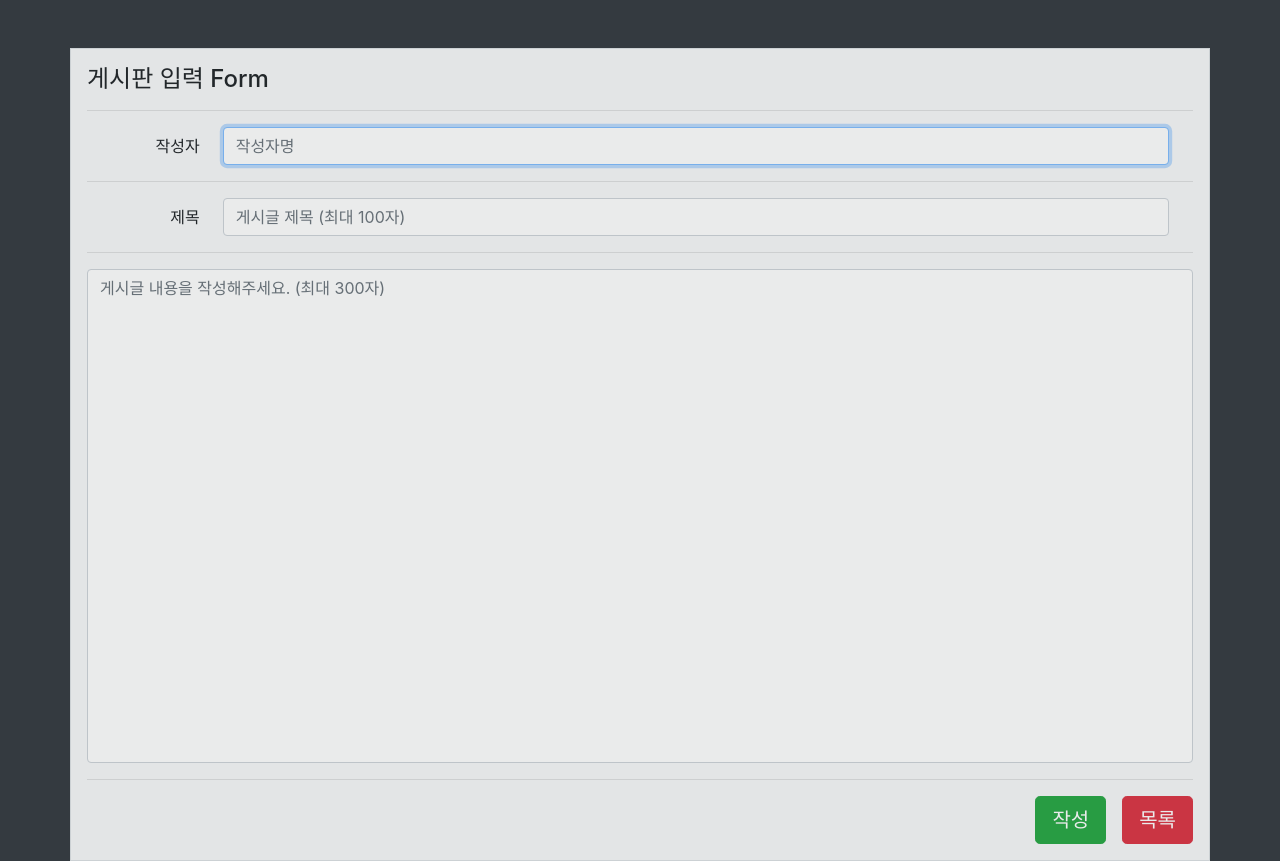
Repository: rasz60/ezen
Page: http://localhost/jspMVC/
An editor plug-in stored every save of this project. The page is shown before and after the next save, followed by the edit.
The browser window is 1280 px wide. The pictures show the whole page.
Some web libraries are served in a nearby version. The page is served by Tomcat 9.

Above is the page before, as saved 2022-02-15 00:55:08.

After the next save:
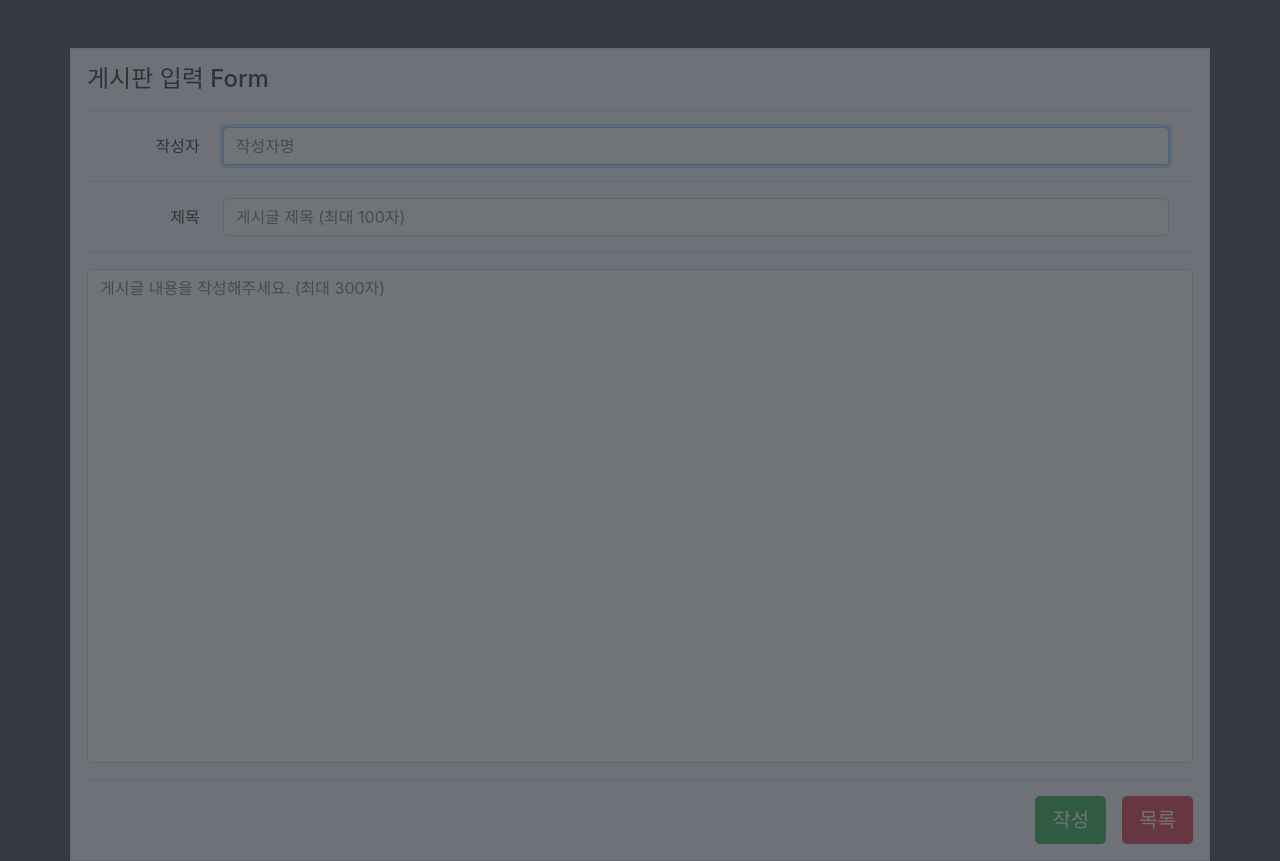
Saved 10 s later.
--- a/04_jsp_servlet-workspace/jspMVC/src/main/webapp/writeForm.jsp
+++ b/04_jsp_servlet-workspace/jspMVC/src/main/webapp/writeForm.jsp
@@ -26,7 +26,7 @@
 }
 
 body {
-	opacity : 90%;
+	opacity : 30%;
 }
 textarea {
 	resize: none;
